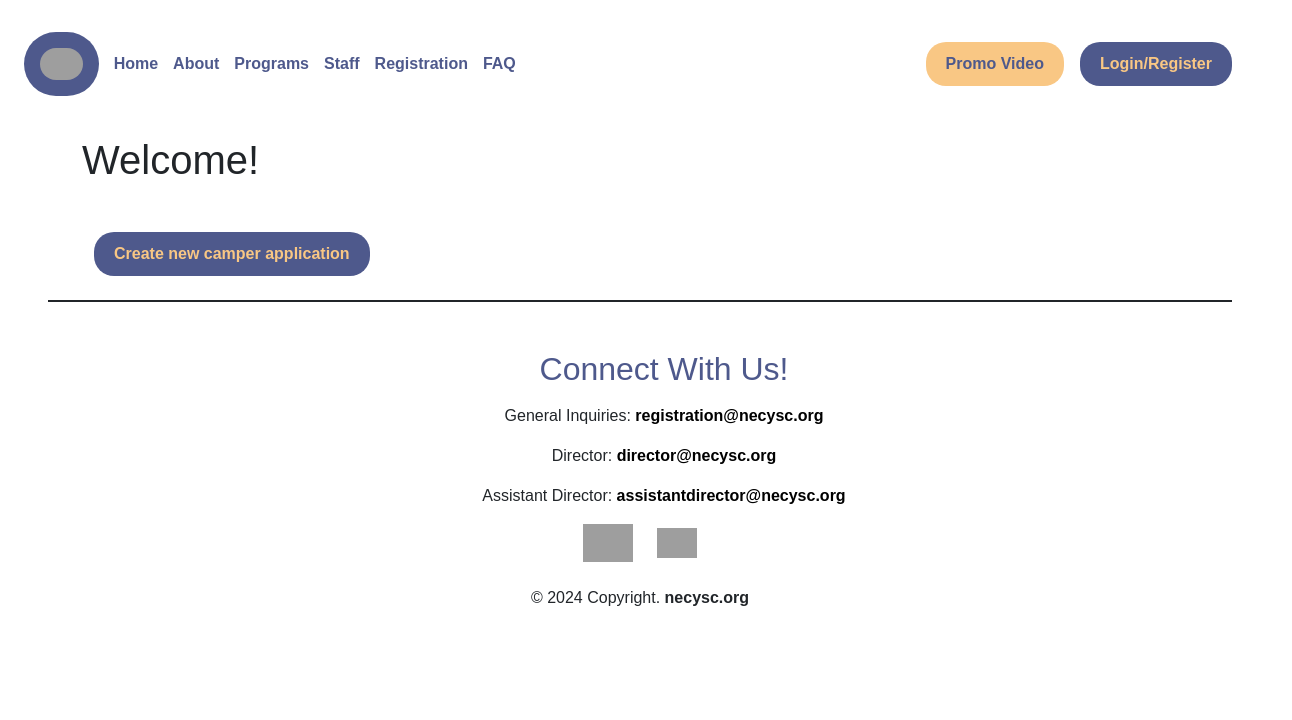
Repository: fullstackatbrown/project-necysc
Page: necysc_app/templates/necysc_app/applicant/index.html
An editor plug-in stored every save of this project. The page is shown before and after the next save, followed by the edit.
The browser window is 1280 px wide. The page is 1292 px wide, then 1280 px, so the pictures cover 1292 px, including what lies to the right of the window. The pictures show the whole page.
Pictures or frames that could not be fetched are drawn as grey boxes. Some web fonts or font styles are not loaded; a fallback is used. The template is drawn by Django 5.2. The application's start-up code is not run. The template is opened directly, without the code that normally fills it, so the values that code supplies are empty.

Above is the page before, as saved 2024-12-04 01:31:14.

After the next save:
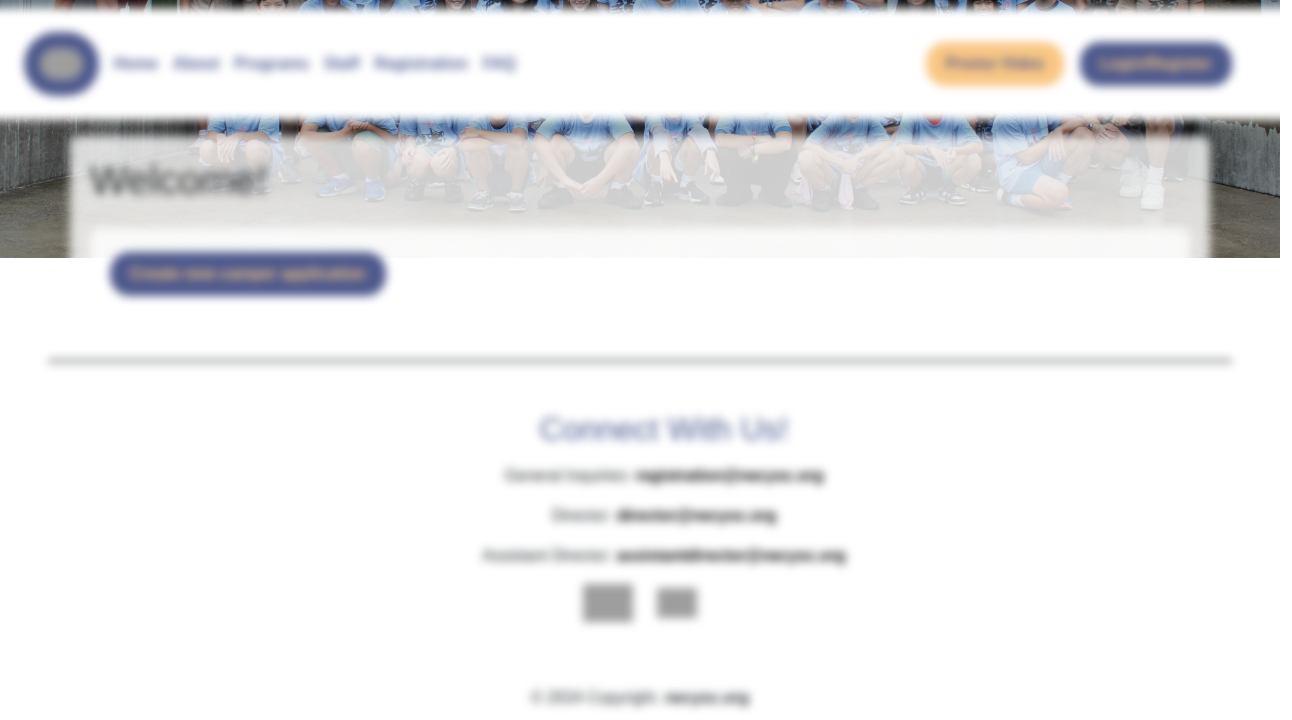
Saved 26 s later.
--- a/necysc_app/templates/necysc_app/applicant/index.html
+++ b/necysc_app/templates/necysc_app/applicant/index.html
@@ -3,6 +3,38 @@
 {% block title %} Applicant Portal {% endblock %}
 {% block content %}
 <link rel="stylesheet" href="{% static 'necysc_app/applicant_home.css' %}">
+
+<style>
+    body {
+        background-image: url("{% static 'necysc_app/images/necyscbannerimage.jpg' %}");
+        background-size: cover;
+        background-position: center;
+        background-repeat: no-repeat;
+        filter: blur(5px); /* 让背景图片虚化 */
+        position: fixed; /* 背景图片固定，不随页面滚动 */
+        top: 0;
+        left: 0;
+        height: 100%;
+        width: 100%;
+        z-index: -1; /* 让背景图片在最底层 */
+    }
+
+    .container {
+        position: relative;
+        z-index: 1; /* 确保内容在背景之上 */
+        background-color: rgba(255, 255, 255, 0.8); /* 内容背景半透明以更好显示文字 */
+        padding: 20px;
+        border-radius: 10px;
+    }
+
+    .glow {
+        transition: box-shadow 0.3s ease-in-out;
+    }
+
+    .glow:hover {
+        box-shadow: 0 0 20px 2px rgba(0, 0, 0, 0.15); /* 调整卡片 hover 的发光效果 */
+    }
+    </style>
 
 <h1>Welcome!</h1>
 {% if applications %}
